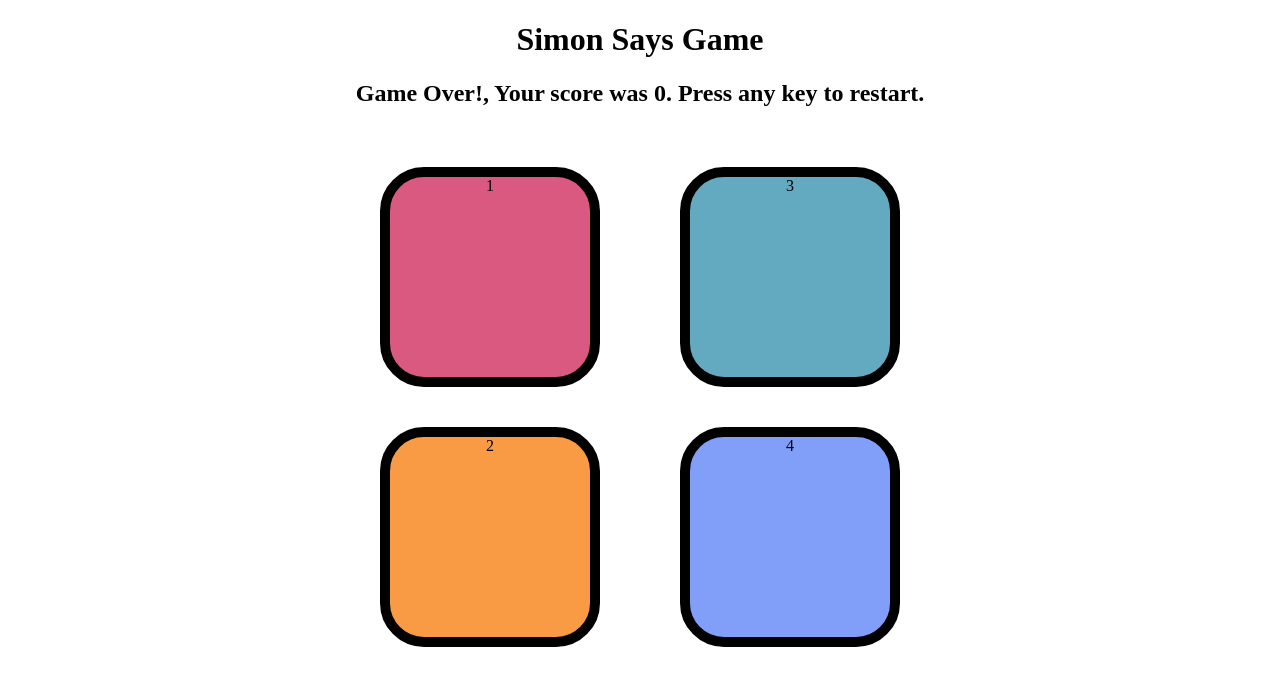
Repository: Manish-tomar-aligarh/Simon-Says-Game
Page: index.html
An editor plug-in stored every save of this project. The page is shown before and after a run of saves, followed by the edit.
The browser window is 1280 px wide. The pictures show the whole page.
After loading, the first visible `#red` was clicked once.

Above is the page before, as saved 2025-05-26 08:28:48.

After the next 3 saves:
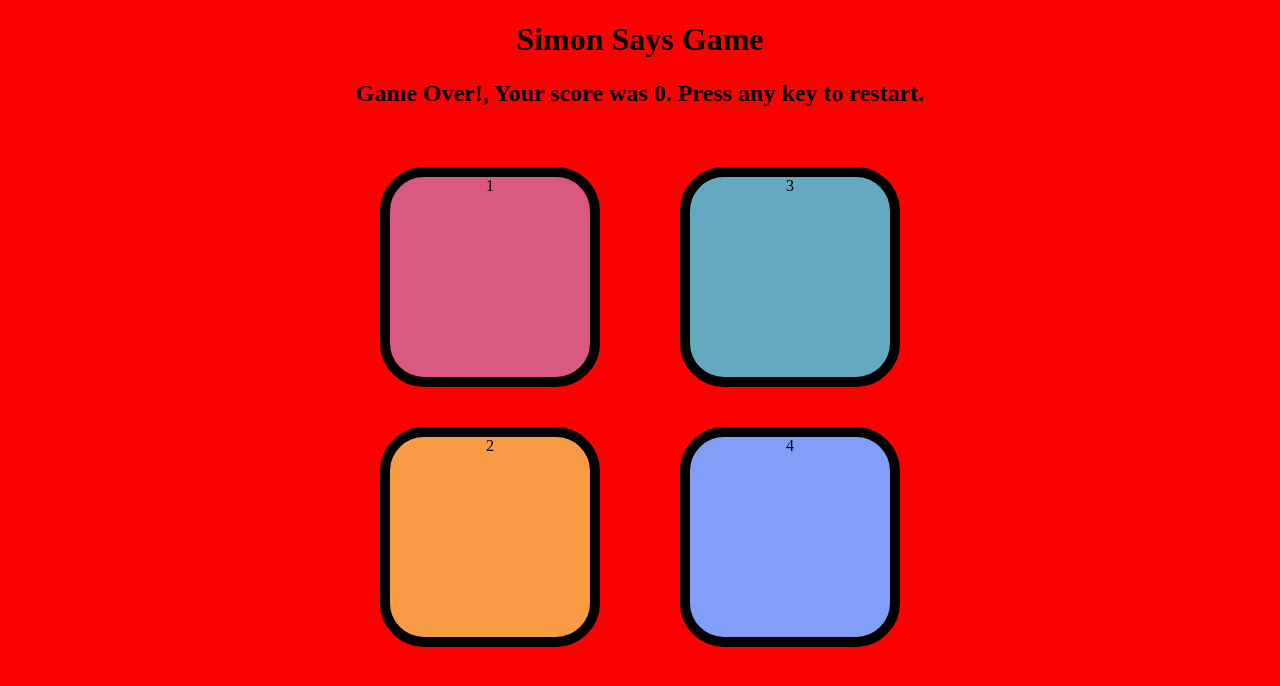
The 3 saves are shown as one change because they came seconds apart.
The last was saved 11 s later.
--- a/app.js
+++ b/app.js
@@ -54,7 +54,8 @@
         }
     }else{
         h2.innerHTML =`Game Over!, Your score was ${level}. Press any key to restart.`;
-        document.querySelector("body")
+        document.querySelector("body").style.backgroundColor = "red";
+
         reset();
 
     }

After the 6 saves that followed:
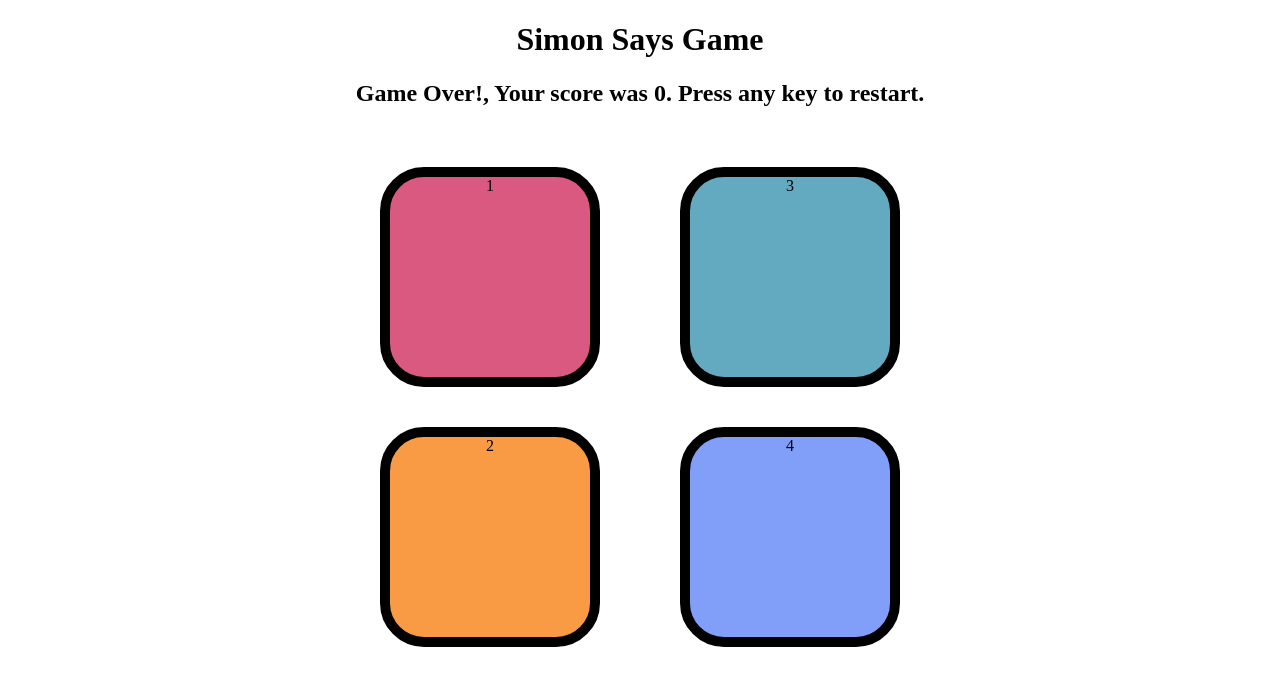
The 6 saves are shown as one change because 3 left the picture as it was and some came seconds apart.
The last was saved 27 s later.
--- a/app.js
+++ b/app.js
@@ -55,7 +55,11 @@
     }else{
         h2.innerHTML =`Game Over!, Your score was ${level}. Press any key to restart.`;
         document.querySelector("body").style.backgroundColor = "red";
+        setTimeout(function(){
 
+            document.querySelector("body").style.backgroundColor = "white";
+
+        })
         reset();
 
     }
